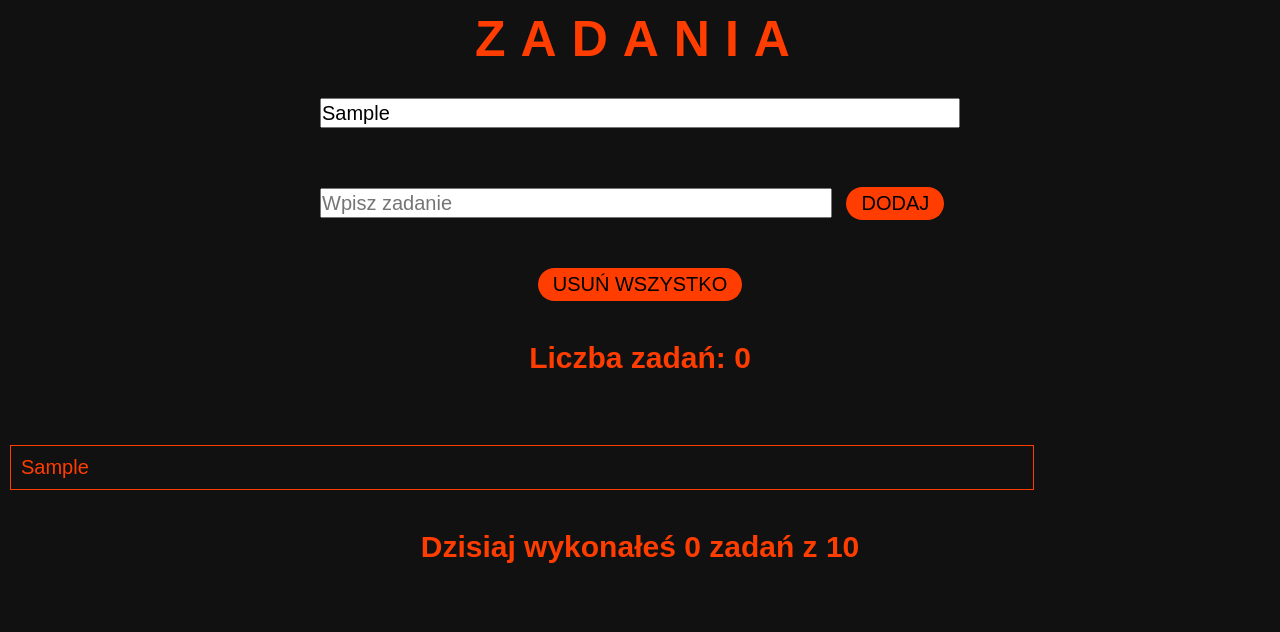
Repository: RobertDsr/To-Do-List
Page: index.html
An editor plug-in stored every save of this project. The page is shown before and after the next save, followed by the edit.
The browser window is 1280 px wide. The pictures show the whole page.
Empty fields were first filled with sample values (such as "Sample", 5 or name@example.com).
After loading, the first visible `form.add-task` was submitted once.
The style sheet was rebuilt from its Sass, Less or Tailwind sources for each picture, by a compiler version that may differ from the author's.

Above is the page before, as saved 2022-01-14 12:44:41.

After the next save:
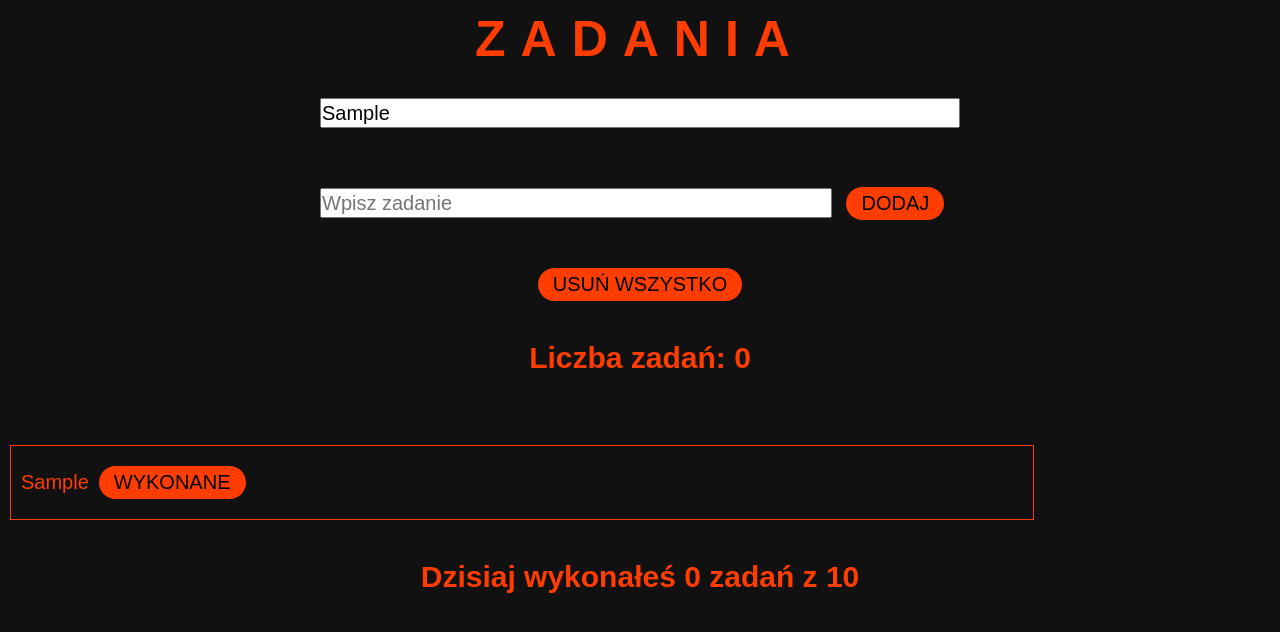
Saved 5 s later.
--- a/js/main.js
+++ b/js/main.js
@@ -47,7 +47,7 @@ const addTask = (e) => {
     if(titleTask === "") return;
     const taskElements = document.createElement('li');
     taskElements.className = 'list__item';
-    taskElements.innerHTML = titleTask + '<button class="btn btn--medium>WYKONANE</button>';
+    taskElements.innerHTML = titleTask + '<button class="btn btn--medium">WYKONANE</button>';
     toDoList.push(taskElements);
     ul.textContent = "";
     toDoList.forEach(( toDoElement, key) => {
